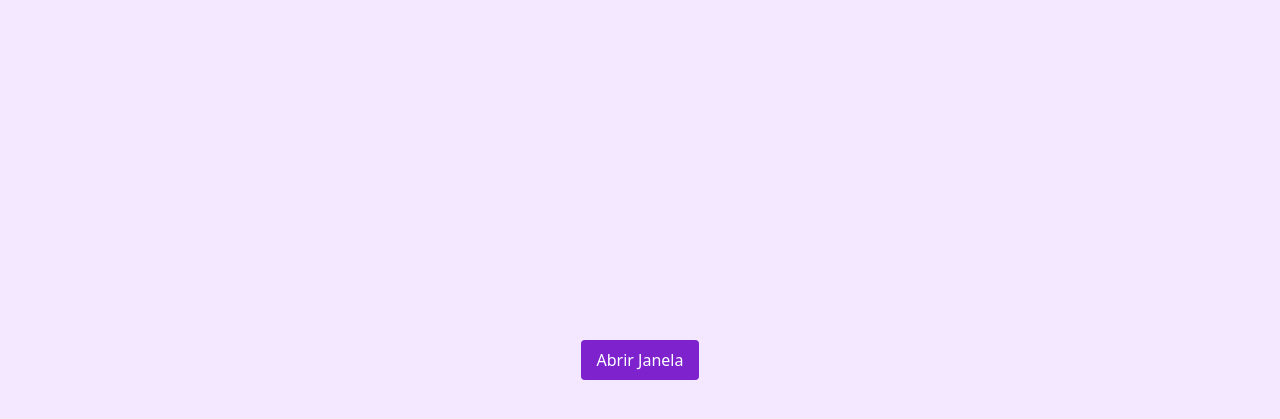
Repository: vndp/Dom_lab
Page: Praticando/index.html
An editor plug-in stored every save of this project. The page is shown before and after the next save, followed by the edit.
The browser window is 1280 px wide. The pictures show the whole page.
Some web libraries are served in a nearby version.

Above is the page before, as saved 2022-07-19 12:37:06.

### Praticando/index.html
<!DOCTYPE html>
<html lang="pt-br">

<head>
    <meta charset="UTF-8">

    <meta name="viewport" content="width=device-width, initial-scale=1.0">
    <title>Dom eventos</title>

    <script src="https://cdn.tailwindcss.com"></script>

</head>

<body class="h-screen bg-purple-100 flex flec-col items-center justify-center">

    <button id="openModal" class="bg-purple-700 text-white py-2 px-4 rounded">
        Abrir Janela
    </button>


    <div class="modal-wrapper invisible fixed bg-gray-500 w-screen h-screen flex itens-center justify-center">

        <div class="p-8 bg-white text-center rounded">
            Tecle ESC para fechar
        </div>
    </div>

    <script src="events.js"></script>

</body>

</html>

### Praticando/events.js

const buttonOpenModal = document.getElementById
('openModal')

const modalWrapper = document.querySelector('.modal-modalWrapper')


buttonOpenModal.onclick = function() {
    modalWrapper
    .classList
    .remove('invisible')
}

document.addEventListener('keydown', function(event) {
    const isEscKey = event.key ==='Escape'

    if(isEscKey){
        modalWrapper.classList.add('invisible')
    }
})

After the next save:
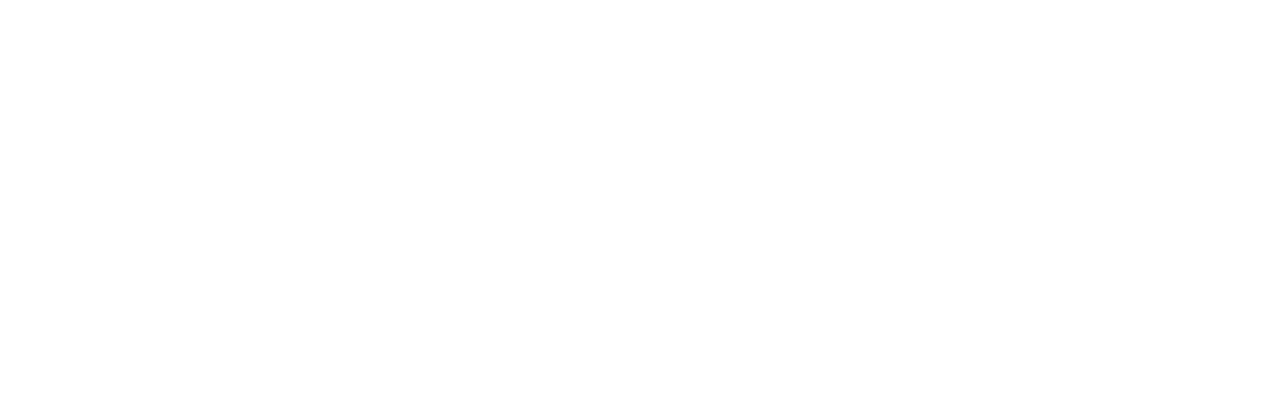
Saved 49 s later.
--- a/Praticando/index.html
+++ b/Praticando/index.html
@@ -7,7 +7,7 @@
     <meta name="viewport" content="width=device-width, initial-scale=1.0">
     <title>Dom eventos</title>
 
-    <script src="https://cdn.tailwindcss.com"></script>
+    <script src="https://local></script>
 
 </head>
 

After the save that followed:
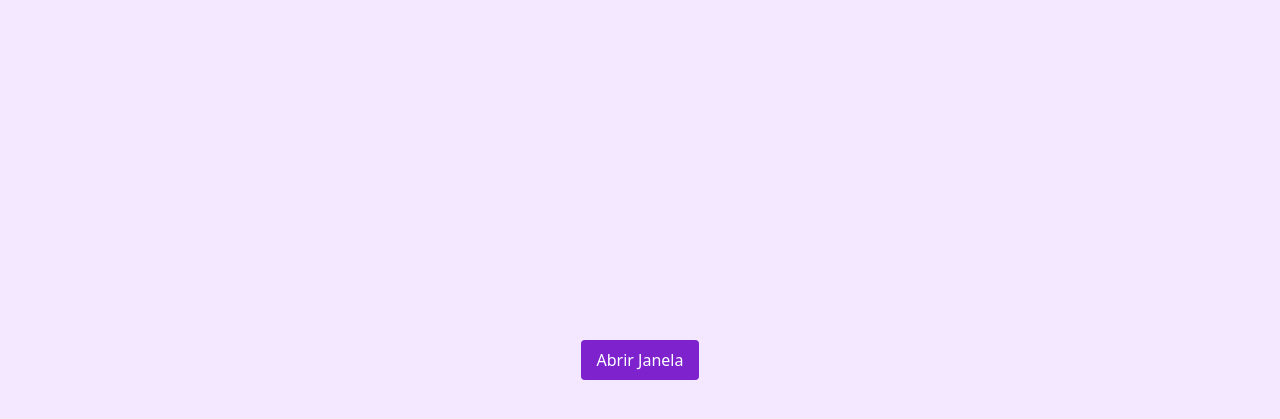
Saved 11 s later.
--- a/Praticando/index.html
+++ b/Praticando/index.html
@@ -7,13 +7,15 @@
     <meta name="viewport" content="width=device-width, initial-scale=1.0">
     <title>Dom eventos</title>
 
-    <script src="https://local></script>
+    <script src="https://cdn.tailwindcss.com"></script>
 
 </head>
 
 <body class="h-screen bg-purple-100 flex flec-col items-center justify-center">
 
-    <button id="openModal" class="bg-purple-700 text-white py-2 px-4 rounded">
+    <button
+     id="openModal"
+     class="bg-purple-700 text-white py-2 px-4 rounded">
         Abrir Janela
     </button>
 
@@ -25,7 +27,7 @@
         </div>
     </div>
 
-    <script src="events.js"></script>
+        <script src="events.js"></script>
 
 </body>
 
